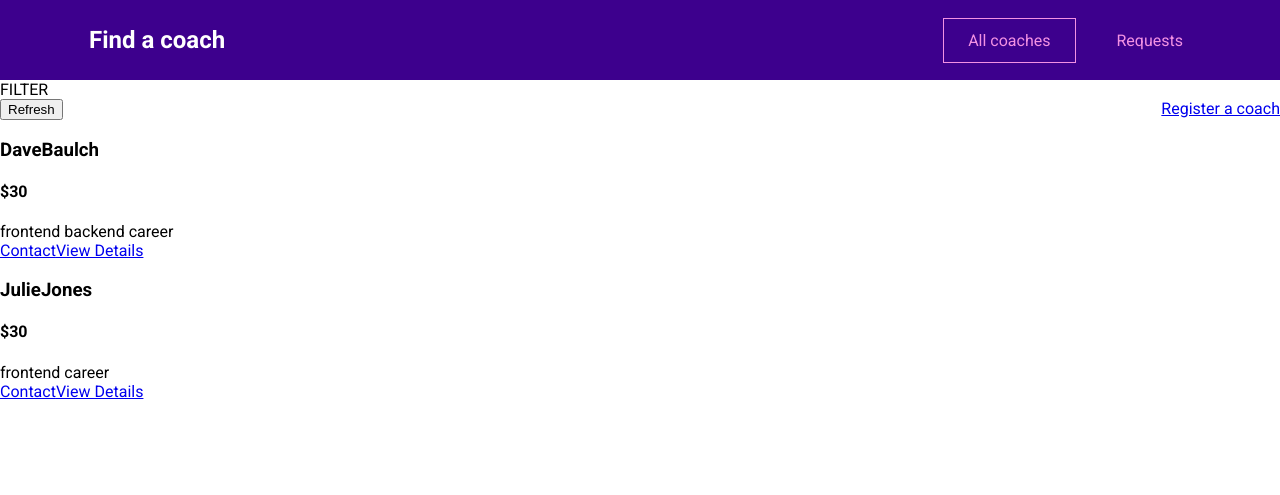
Repository: DaveBaulch/vue-course-find-a-coach
Page: /
An editor plug-in stored every save of this project. The page is shown before and after the next save, followed by the edit.
The browser window is 1280 px wide. The pictures show the whole page.
The project was rebuilt for these pictures with package versions that can differ from the ones it lists, and the page was loaded fresh each time. Also part of the build but not shown: src/pages/coaches/CoachDetail.vue, src/pages/coaches/CoachRegistration.vue, src/pages/requests/ContactCoach.vue, src/pages/requests/RequestsReceived.vue. Imported but missing from the stored project, and not drawn on this page: src/pages/NotFound.vue.

Above is the page before, as saved 2021-01-23 14:55:04.

### src/App.vue
<template>
  <div id="app">
    <the-header />
    <router-view/>
  </div>
</template>

<script>
  import TheHeader from './components/layout/TheHeader.vue'

  export default {
    components: {
      TheHeader
    }
  }
</script>



<style>
@import url("https://fonts.googleapis.com/css2?family=Roboto:wght@400;700&display=swap");

* {
  box-sizing: border-box;
}

html {
  font-family: "Roboto", sans-serif;
}

body {
  margin: 0;
}

</style>

### src/router/index.js
import Vue from 'vue'
import VueRouter from 'vue-router'
import CoachDetail from '../pages/coaches/CoachDetail.vue';
import CoachesList from '../pages/coaches/CoachesList.vue';
import CoachRegistation from '../pages/coaches/CoachRegistration.vue';
import ContactCoach from '../pages/requests/ContactCoach.vue';
import RequestsReceived from '../pages/requests/RequestsReceived.vue';
import NotFound from '../pages/NotFound.vue'

Vue.use(VueRouter)

const routes = [
  {
    path: '/', redirect: '/coaches'
  },
  {
    path: '/coaches', component: CoachesList
  },
  {
    path: '/coaches/:id',
    component: CoachDetail,
    children: [
      { path: 'contact', component: ContactCoach } // /coaches/c1/contact
    ]
  },
  { path: '/register', component: CoachRegistation },
  { path: '/requests', component: RequestsReceived },
  { path: '/:notFound(.*)', component: NotFound }
]

const router = new VueRouter({
  mode: 'history',
  base: process.env.BASE_URL,
  routes
})

export default router

### src/store/index.js
import Vue from 'vue'
import Vuex from 'vuex'
import coachesModule from './modules/coaches/index.js'

Vue.use(Vuex)

const store = new Vuex.Store({
  modules: {
    coaches: coachesModule
  }
})

export default store;

### src/components/layout/TheHeader.vue
<template>
<header>
  <nav>
    <h1><router-link to="/">Find a coach</router-link></h1>
    <ul>
      <li><router-link to="/coaches">All coaches</router-link></li>
      <li><router-link to="/requests">Requests</router-link></li>
    </ul>
  </nav>
</header>
</template>

<script>
export default {
}
</script>

<!-- Add "scoped" attribute to limit CSS to this component only -->
<style scoped>
header {
  width: 100%;
  height: 5rem;
  background-color: #3d008d;
  display: flex;
  justify-content: center;
  align-items: center;
}

header a {
  text-decoration: none;
  color: #f391e3;
  display: inline-block;
  padding: 0.75rem 1.5rem;
  border: 1px solid transparent;
}

a:active,
a:hover,
a.router-link-active {
  border: 1px solid #f391e3;
}

h1 {
  margin: 0;
}

h1 a {
  color: white;
  margin: 0;
}

h1 a:hover,
h1 a:active,
h1 a.router-link-active {
  border-color: transparent;
}

header nav {
  width: 90%;
  margin: auto;
  display: flex;
  justify-content: space-between;
  align-items: center;
}

header ul {
  list-style: none;
  margin: 0;
  padding: 0;
  display: flex;
  justify-content: center;
  align-items: center;
}

li {
  margin: 0 0.5rem;
}
</style>

### src/pages/coaches/CoachesList.vue
<template>
<div>
  <section>
    FILTER
  </section>
  <section>
    <div class="controls">
      <button>Refresh</button>
      <router-link to="/register">Register a coach</router-link>
    </div>

    <ul v-if="hasCoaches">
      <coach-item
      v-for="coach in filteredCoaches"
      :key="coach.id"
      :id="coach.id"
      :first-name="coach.firstName"
      :last-name="coach.lastName"
      :rate="coach.hourlyRate"
      :areas="coach.areas"
      ></coach-item>
    </ul>
    <h3 v-else>No coaches found</h3>
  </section>
  </div>
</template>

<script>
  import CoachItem from '../../components/coaches/CoachItem.vue'

  export default {
    components: {
      CoachItem
    },
    computed: {
      filteredCoaches() {
        return this.$store.getters['coaches/coaches'];
      },
      hasCoaches() {
        return this.$store.getters['coaches/hasCoaches'];
      }
    }
  }
</script>

<style scoped>
  ul {
    list-style: none;
    margin: 0;
    padding: 0;
  }

  .controls {
    display: flex;
    justify-content: space-between;
  }
</style>

### src/store/modules/coaches/index.js
import mutations from './mutations.js'
import actions from './actions.js'
import getters from './getters.js'

export default {
  namespaced: true,
  state() {
    return {
      coaches: [
        {
          id: 'c1',
          firstName: 'Dave',
          lastName: 'Baulch',
          areas: ['frontend', 'backend', 'career'],
          description:
            "I'm dave and I've worked as a freelance web developer for years. Let me help you become a developer as well!",
          hourlyRate: 30
        },
        {
          id: 'c2',
          firstName: 'Julie',
          lastName: 'Jones',
          areas: ['frontend', 'career'],
          description:
            'I am Julie and as a senior developer in a big tech company, I can help you get your first job or progress in your current role.',
          hourlyRate: 30
        }
      ]
    }
  },
  mutations,
  actions,
  getters
}

### src/components/coaches/CoachItem.vue
<template>
  <li>
    <h3>{{ fullName }}</h3>
    <h4>${{ rate }}</h4>
    <div>
      <span v-for="area in areas" :key="area">
        {{ area }}
      </span>
    </div>
    <div class="actions">
      <router-link :to="coachContactLink">Contact</router-link>
      <router-link :to="coachDetailsLink">View Details</router-link>
    </div>
  </li>
</template>

<script>
  export default {
    props: ['id', 'firstName', 'lastName', 'rate', 'areas'],
    computed: {
      fullName() {
        return this.firstName + '' + this.lastName
      },
      coachContactLink() {
        return this.$route.path + '/' + this.id + /contact/
      },
      coachDetailsLink() {
        return this.$route.path + '/' + this.id // current route path /coaches/c1
      }
    }
  }
</script>

<style scoped>
  ul {
    list-style: none;
    margin: 0;
    padding: 0;
  }

  .controls {
    display: flex;
    justify-content: space-between;
  }
</style>

### src/store/modules/coaches/getters.js
export default {
  coaches(state) {
    return state.coaches;
  },
  hasCoaches(state) {
    return state.coaches && state.coaches.length > 0;
  }
}

Loaded but not shown: public/index.html (common file); src/main.js (common file); src/store/modules/coaches/mutations.js (common file); src/store/modules/coaches/actions.js (common file)

After the next save:
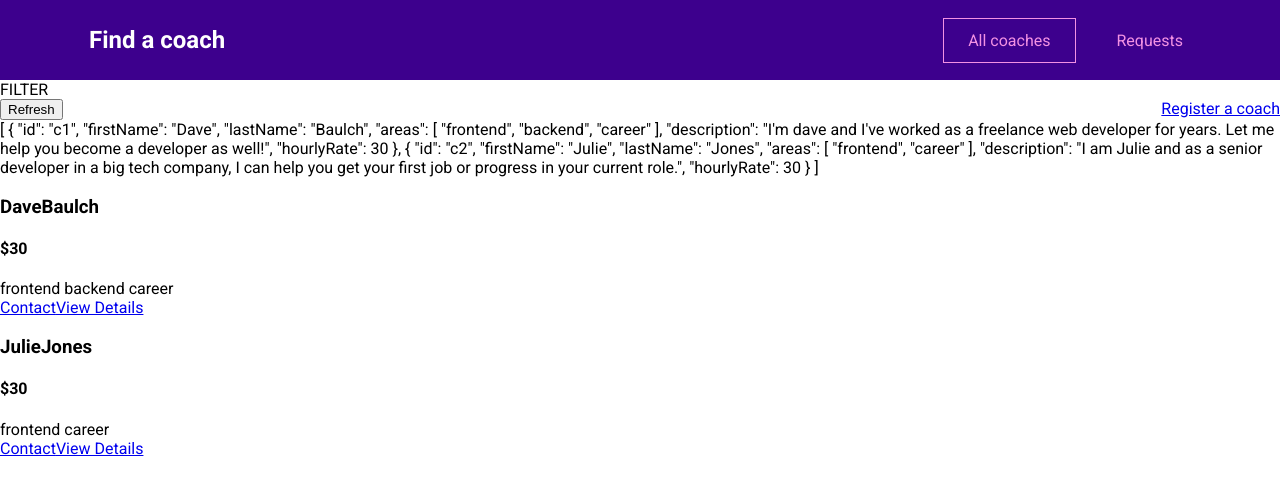
Saved 5 s later.
--- a/src/pages/coaches/CoachesList.vue
+++ b/src/pages/coaches/CoachesList.vue
@@ -8,7 +8,7 @@
       <button>Refresh</button>
       <router-link to="/register">Register a coach</router-link>
     </div>
-
+    {{  filteredCoaches}}
     <ul v-if="hasCoaches">
       <coach-item
       v-for="coach in filteredCoaches"
